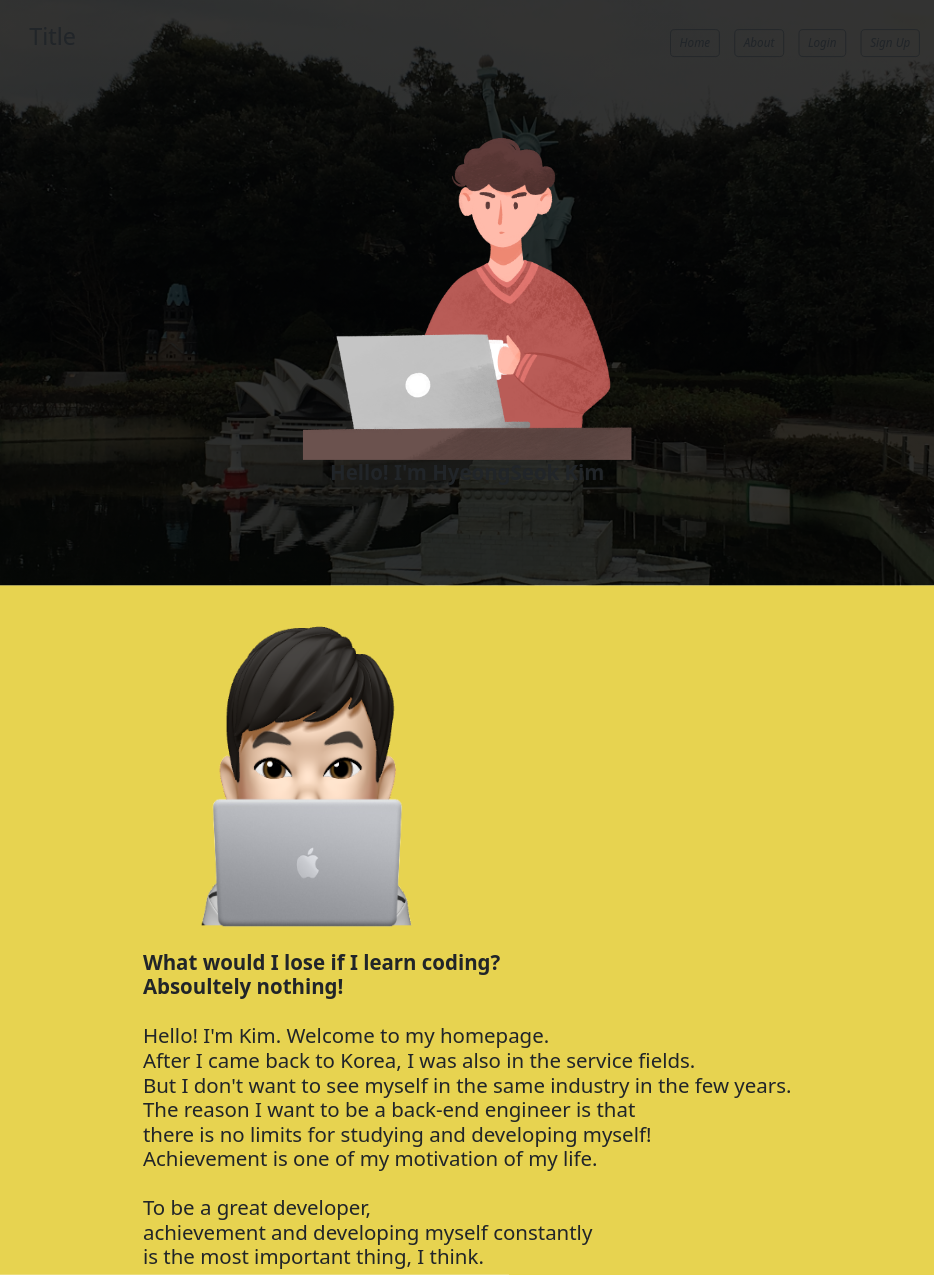
Repository: beruzz/ezen
Page: http://localhost/introduce/
An editor plug-in stored every save of this project. The page is shown before and after the next save, followed by the edit.
The browser window is 1280 px wide. The pictures show the whole page, at 73% of full size.
The page is served by Tomcat 9. Other server files are loaded and not shown. The template is opened directly, without the code that normally fills it, so the values that code supplies are empty.

Above is the page before, as saved 2022-12-14 08:46:36.

### JSP_Board&Member/introduce/src/main/webapp/index.jsp
<%@ page language="java" contentType="text/html; charset=UTF-8"
	pageEncoding="UTF-8"%>
<%@ taglib uri="http://java.sun.com/jsp/jstl/core" prefix="c"%>
<!DOCTYPE html>
<html>
<head>
<meta charset="UTF-8">
<title>Insert title here</title>
<link rel="stylesheet" href="/css/main.css">
<link rel="stylesheet" href="/css/scroll.css">
<!-- CSS only -->
<link
	href="https://cdn.jsdelivr.net/npm/bootstrap@5.2.2/dist/css/bootstrap.min.css"
	rel="stylesheet"
	integrity="sha384-Zenh87qX5JnK2Jl0vWa8Ck2rdkQ2Bzep5IDxbcnCeuOxjzrPF/et3URy9Bv1WTRi"
	crossorigin="anonymous">
</head>
<body>

	<header id="header">
		<h2 class="title">Title</h2>
		<nav class="menu">
			<ul>
				<li><a href="/" class="btn btn-outline-dark">Home</a></li>
				<li><a href="" class="btn btn-outline-dark">About</a></li>
				<c:if test="${ses.id eq null }">
					<li><a href="/mc/login" class="btn btn-outline-dark">Login</a></li>
				</c:if>
				<li><a href="/mc/join" class="btn btn-outline-dark">Sign Up</a></li>
			</ul>
			<c:if test="${ses.id ne null && ses.id ne '' }">
				${ses.id }님 로그인 완료 <br>
				<a href="/mc/logout?id=${ses.id }"><button type="button"
						class="btn btn-outline-dark">로그아웃</button></a>
				<br>
			</c:if>
		</nav>
	</header>
			<div class="one">
				<span class="profile"><img src="/images/me.png"
					width="450px;" height="450px" alt=""></span>
				<h3>
					<strong>Hello! I'm HyeongSeok Kim</strong>
				</h3>
			</div>
		<div class="list">
			<div class="two">
				<img class="me" src="/images/me2.png" alt="" width="450px;"
					height="500px">
				<h3 class="intext">
					<strong>What would I lose if I learn coding?<br>Absoultely
						nothing!
					</strong><br> <br> Hello! I'm Kim. Welcome to my homepage.<br>
					After I came back to Korea, I was also in the service fields. <br>
					But I don't want to see myself in the same industry in the few
					years. <br> The reason I want to be a back-end engineer is
					that <br> there is no limits for studying and developing
					myself! <br> Achievement is one of my motivation of my life. <br>
					<br> To be a great developer, <br> achievement and
					developing myself constantly <br> is the most important thing,
					I think.
				</h3>
			</div>
		</div>

</body>
</html>

### JSP_Board&Member/introduce/src/main/webapp/css/main.css
@charset "UTF-8";

header {
	align-items: center;
	list-style: none;
}

.title {
	float: left;
	margin-left: 40px;
	margin-top: 30px;
}

.one {
	background-image: linear-gradient(
        rgba(0, 0, 0, 0.8),
        rgba(0, 0, 0, 0.8)
      ), url("/images/bg.jpg");
	background-size: cover;
	text-align: center;
	padding-top: 180px;
	padding-bottom: 130px;

}

ul {
	list-style: none;
	margin-right: 20px;
}

.menu {
	font-size: 20px;
	font-style: italic;
	float: right;
	margin-top: 40px;
}

.menu li {
	float: left;
	margin-left: 20px;
}

a {
	text-decoration: none;
	color: black;
}

.list {
	background-color: #e7d350;
	display: flex;
	justify-content: center;
	align-content: center;

}

### JSP_Board&Member/introduce/src/main/webapp/css/scroll.css
@charset "UTF-8";
/*#container{
    width:100%;
    height:100vh;
    overflow: auto;
    scroll-behavior: smooth;
    scroll-snap-type: y mandatory;
}*/

/*.list{
    width:100%;
    height:100vh;
    display: flex;
    justify-content: center;
    align-items: center;
    scroll-snap-align: center;
}*/

/* .list:nth-child(1){
    background-color: rgb(0, 0, 0);
    background-size: cover;
    background-attachment: fixed;
    background-position: center;
} */

/*.list:nth-child(2){
    background-color: #4e5a56;
    background-size: cover;
    background-attachment: fixed;
    background-position: center;
}*/

After the next save:
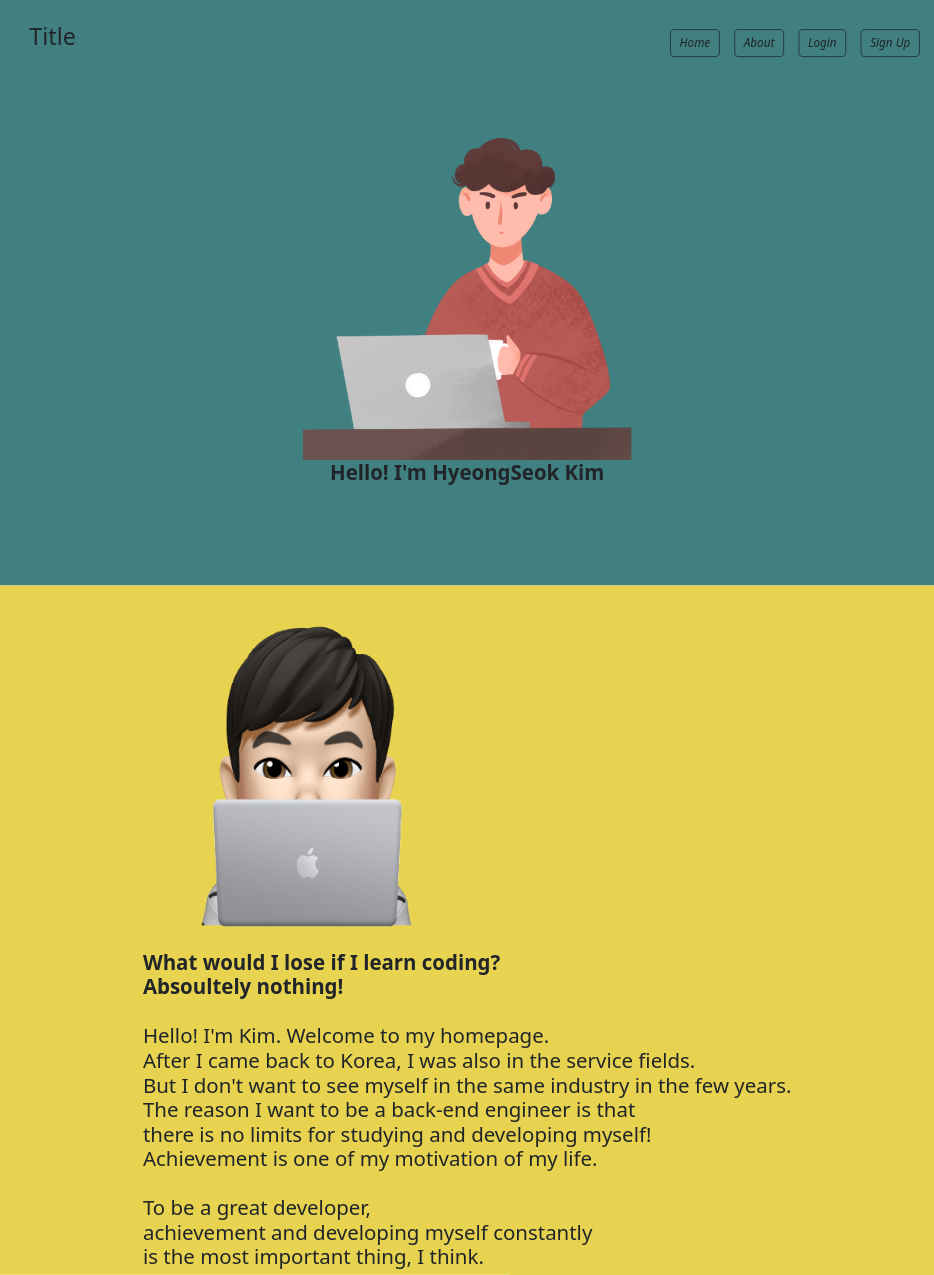
Saved 113 s later.
--- a/JSP_Board&Member/introduce/src/main/webapp/css/main.css
+++ b/JSP_Board&Member/introduce/src/main/webapp/css/main.css
@@ -12,15 +12,11 @@ header {
 }
 
 .one {
-	background-image: linear-gradient(
-        rgba(0, 0, 0, 0.8),
-        rgba(0, 0, 0, 0.8)
-      ), url("/images/bg.jpg");
 	background-size: cover;
 	text-align: center;
 	padding-top: 180px;
 	padding-bottom: 130px;
-
+	background-color: #408080;
 }
 
 ul {
